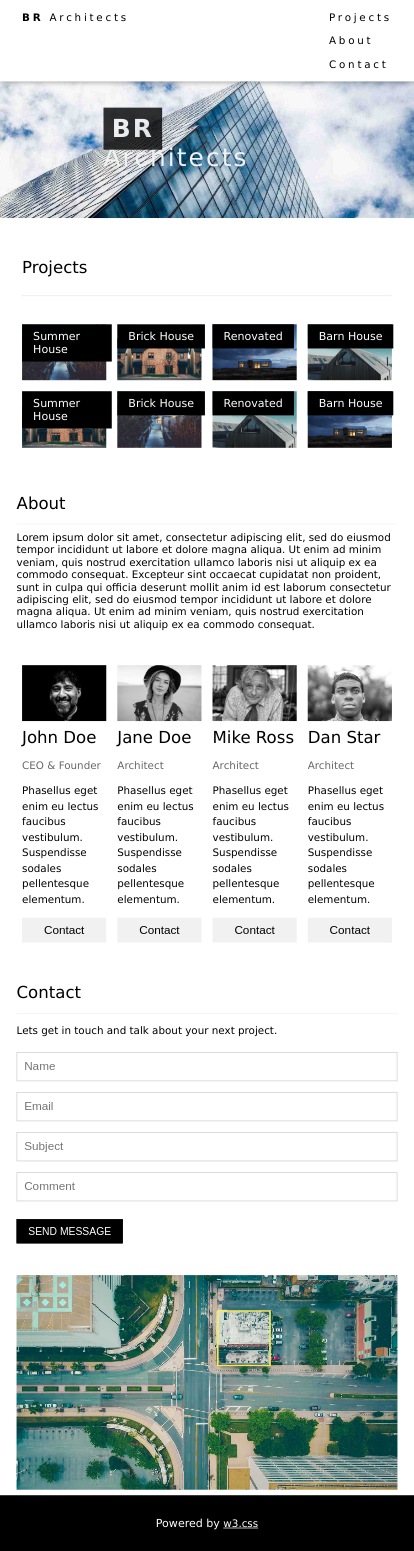
Repository: xd25vn/architects
Page: index.html
The author's editor kept a copy of each file at every save. The page is drawn from the files as they stood at one save, then again after the next save.
The browser window is 600 px wide. The pictures show the whole page, at 69% of full size.

Above is the page before, as saved 2023-08-16 17:55:37.

### index.html
<html lang="en">
<head>
    <meta charset="UTF-8">
    <meta name="viewport" content="width=device-width, initial-scale=1.0">
    <title>W3 ARCHITECT</title>
    <link rel="stylesheet" href="./assets/css/style.css">
    <link rel="stylesheet" href="./assets/css/reponsive.css">
    <link rel="stylesheet" href="./assets/fonts/themify-icons-font/themify-icons/themify-icons.css">
</head>
<body>
    <header>
            <ul id="nav">

            <div class="nav-item-left">
                <li><a href="" class="text-dec"><b>BR</b> Architects</a></li>
            </div>

            <div class="nav-item-right">
                <li><a href="" class="text-dec">Projects</a></li>
                <li><a href="" class="text-dec">About</a></li>
                <li><a href="" class="text-dec">Contact</a></li>
            </div>
            <div class="clear"></div>
            </ul>
    </header>

    <!-- BEGIN MENU MOBILE -->
    <div class="menu-mobile">
        <i class="ti-menu button-mobile"></i>
    </div>
    <!-- END MENU MOBILE -->

    <div id="sidebar">
        <h1>
            <span class="side-1"><b>BR</b></span>
            <span class="side-2">Architects</span>
        </h1>
    </div>

    <div id="content">
        <div class="projects">
            <div class="project-item-head">
                <h3>Projects</h3>
                <hr style="opacity: 0.2;">
            </div>

            <div class="projects-img">
                <div class="img-items">
                    <img src="./assets/img/projects/house1.jpg" style="width: 100%" alt="HOUSE">
                    <div class="texts">Summer House</div>
                </div>

                <div class="img-items">
                    <img src="./assets/img/projects/house2.jpg" style="width: 100%" alt="HOUSE">
                    <div class="texts">Brick House</div>
                </div>

                <div class="img-items">
                    <img src="./assets/img/projects/house3.jpg" style="width: 100%" alt="HOUSE">
                    <div class="texts">Renovated</div>
                </div>

                <div class="img-items">
                    <img src="./assets/img/projects/house4.jpg" style="width: 100%" alt="HOUSE">
                    <div class="texts">Barn House</div>
                </div>

                <div class="img-items">
                    <img src="./assets/img/projects/house2.jpg" style="width: 100%" alt="HOUSE">
                    <div class="texts">Summer House</div>
                </div>

                <div class="img-items">
                    <img src="./assets/img/projects/house1.jpg" style="width: 100%" alt="HOUSE">
                    <div class="texts">Brick House</div>
                </div>

                <div class="img-items">
                    <img src="./assets/img/projects/house4.jpg" style="width: 100%" alt="HOUSE">
                    <div class="texts">Renovated</div>
                </div>

                <div class="img-items">
                    <img src="./assets/img/projects/house3.jpg" style="width: 100%" alt="HOUSE">
                    <div class="texts">Barn House</div>
                </div>


        </div>
        </div>


        <div class="about">
            <div class="section-head">
                <h3>About</h3>
                <p>Lorem ipsum dolor sit amet, consectetur adipiscing elit, sed do eiusmod tempor incididunt ut labore et dolore magna aliqua. Ut enim ad minim veniam, quis nostrud exercitation ullamco laboris nisi ut aliquip ex ea commodo consequat. Excepteur sint occaecat cupidatat non proident, sunt in culpa qui officia deserunt mollit anim id est laborum consectetur adipiscing elit, sed do eiusmod tempor incididunt ut labore et dolore magna aliqua. Ut enim ad minim veniam, quis nostrud exercitation ullamco laboris nisi ut aliquip ex ea commodo consequat.</p>
            </div>

            <div class="section-list-contact">
            <div class="section-imgs">
                <div class="imgs-contact">
                    <img src="./assets/img/contact/team1.jpg" style="width: 100%;" alt="CONTACT">

                    <div class="text-contact">
                        <h3>John Doe</h3>
                        <p class="position-design">CEO & Founder</p>
                        <p>Phasellus eget enim eu lectus faucibus vestibulum. Suspendisse sodales pellentesque elementum.</p>
                        <button><a href="">Contact</a></button>
                    </div>
                </div>
            </div>

            <div class="section-imgs">
                <div class="imgs-contact">
                    <img src="./assets/img/contact/team2.jpg" style="width: 100%;" alt="CONTACT">

                    <div class="text-contact">
                        <h3>Jane Doe</h3>
                        <p class="position-design">Architect</p>
                        <p>Phasellus eget enim eu lectus faucibus vestibulum. Suspendisse sodales pellentesque elementum.</p>
                        <button><a href="">Contact</a></button>
                    </div>
                </div>
            </div>

            <div class="section-imgs">
                <div class="imgs-contact">
                    <img src="./assets/img/contact/team3.jpg" style="width: 100%;" alt="CONTACT">

                    <div class="text-contact">
                        <h3>Mike Ross</h3>
                        <p class="position-design">Architect</p>
                        <p>Phasellus eget enim eu lectus faucibus vestibulum. Suspendisse sodales pellentesque elementum.</p>
                        <button><a href="">Contact</a></button>
                    </div>
                </div>
            </div>

            <div class="section-imgs">
                <div class="imgs-contact">
                    <img src="./assets/img/contact/team4.jpg" style="width: 100%;" alt="CONTACT">

                    <div class="text-contact">
                        <h3>Dan Star</h3>
                        <p class="position-design">Architect</p>
                        <p>Phasellus eget enim eu lectus faucibus vestibulum. Suspendisse sodales pellentesque elementum.</p>
                        <button><a href="">Contact</a></button>
                    </div>
                </div>
            </div>
        </div>
        </div>

        <div class="contact">
            <div class="text-head">
                <h3>Contact</h3>
                <p>Lets get in touch and talk about your next project.</p>
            </div>
            <form action="">
            <div class="input-form">
                <input type="text" class="form-control" placeholder="Name" required>

                <input type="email" class="form-control" placeholder="Email" required>

                <input type="text" class="form-control" placeholder="Subject" required>

                <input type="text" class="form-control" placeholder="Comment" required>
            </div>
            <input type="submit" class="btn-submit" value="SEND MESSAGE">
        </form>

        <div class="img-cuoi">
            <img src="./assets/img/map.jpg" alt="MAP" style="width: 100%;">
        </div>
        </div>
        <footer>
            <div class="text-foot">
                <p>Powered by <a href="">w3.css</a></p>
            </div>
        </footer>
    </div>
</body>
</html>

### assets/css/style.css
/* RESET CSS */
* {
    margin: 0;
    padding: 0;
    box-sizing: border-box;
}
/* END RESET CSS */

/* COMMON */
html {
    font-family: Verdana, sans-serif;
}

.text-dec {
    text-decoration: none;
    color: #000;
}

.clear {
    clear: both;
}
/* END COMMON */

#nav {
    background: #fff;
    box-shadow: 0 0 10px rgba(0, 0, 0, 0.6);
    padding: 8px 16px;
    width: 100%;
    position: fixed;
    z-index: 1;
}

#nav li {
    display: flex;
    list-style: none;
    font-size: 15px;
}

#nav .nav-item-left {
    float: left;
}

#nav .nav-item-left li {
    padding: 8px 16px;
    letter-spacing: 4px;
}

#nav .nav-item-left li:hover {
    background: #ccc;
    display: block;
}

#nav .nav-item-right {
    float: right;
    display: flex;
    justify-content: space-between;
    letter-spacing: 4px;
}

#nav .nav-item-right li {
    padding: 8px 16px;
}

#nav .nav-item-right li:hover {
    background: #ccc;
    display: block;
}

#sidebar {
    background: url(/assets/img/sidebar1.jpg) left top / cover no-repeat;
    padding-top: 50%;
    position: relative;
}

#sidebar h1 {
    position: absolute;
    color: #f1f1f1;
    left: 50%;
    top: 50%;
    transform: translateX(-50%);
    font-weight: 500;
    font-size: 36px;
}

#sidebar .side-1 {
    background: #000;
    padding: 10px 12px;
    opacity: 0.8;
    letter-spacing: 3px;
}

#sidebar .side-2 {
    letter-spacing: 3px;
}

#content .projects {
    padding: 0 24px;
}

#content .project-item-head {
    padding: 32px 8px;
}

#content .project-item-head h3 {
   padding: 16px 0;
   margin: 10px 0;
   font-weight: 400;
   font-size: 24px;
}

.projects-img {
    display: flex;
    flex-wrap: wrap;
    justify-content: space-between;
}

.img-items {
    width: calc(100% / 4);
    height: auto;
    padding: 8px 8px;
    position: relative;
}

.projects .projects-img .texts {
    position: absolute;
    top: 8;
    left: 8;
    background: #000;
    color: #fff;
    padding: 8px 16px;
}

.about .section-head {
    padding: 32px 24px;
    padding-bottom: 50px;
}

.about .section-head h3 {
    font-size: 24px;
    font-weight: 400;
    border-bottom: 1px solid #f1f1f1;
    padding: 16px 0;
    margin: 10px 0;
}

.about .section-head p {
    font-size: 15px;
    font-weight: normal;
}

.about .section-list-contact .section-imgs {
    width: 25%;
    padding: 0 8px;
}

.about .section-list-contact {
    display: flex;
    padding: 0 24px;
}

.section-list-contact .section-imgs .imgs-contact img {
    -webkit-filter: grayscale(1);
    filter: grayscale(1);
}

.section-list-contact .section-imgs:hover img {
    -webkit-filter: grayscale(0);
    filter: grayscale(0);
    transition: all 0.25s linear;
}

.section-list-contact .section-imgs .text-contact h3 {
    font-weight: 400;
    font-size: 24px;
    margin: 10px 0;
}

.section-list-contact .section-imgs .text-contact .position-design {
    opacity: 0.6;
}

.section-list-contact .section-imgs .text-contact p {
    margin: 15px 0;
    font-size: 15px;
    line-height: 1.5;
}

.section-list-contact .section-imgs button {
    padding: 8px 16px;
    width: 100%;
    border: none;
    background: #f1f1f1;
    font-size: 17px;
}

.section-list-contact .section-imgs button:hover {
    background: #ccc;
    cursor: pointer;
}

.section-list-contact .section-imgs button a {
    color: #000;
    text-decoration: none;
    text-align: center;
}

#content .contact {
    padding: 32px 24px;
}

.contact .text-head h3 {
    border-bottom: 1px solid #f1f1f1;
    padding: 16px 0;
    margin: 10px 0;
    font-size: 24px;
    font-weight: 400;
}

.contact .text-head p {
    margin: 15px 0;
    font-size: 15px;
}

.contact .input-form .form-control {
    width: 100%;
    padding: 10px;
    border: 1px solid #ccc;
    outline: none;
    margin: 8px 0;
    font-size: 17px;
}

.contact form .btn-submit {
    background: #000;
    color: white;
    font-size: 15px;
    margin: 18px 0;
    padding: 8px 16px;
    border: 1px solid #000;
}

.contact form .btn-submit:hover {
    cursor: pointer;
    background-color: #ccc;
    color: #000;
    border: 1px solid #ccc;
    transition: all 0.25s linear;
}

.contact .img-cuoi {
    margin-top: 28px;
}

.contact .img-cuoi img {
    background-repeat: no-repeat;
    height: auto;
}

footer {
    background: #000;
    width: 100%;
    padding: 16px 0;
    margin-top: -24px;
}

footer .text-foot {
    margin: 15px 0;
    text-align: center;
    color: white;
}

footer .text-foot a {
    color: #fff;
    font-size: 15px;
}

footer .text-foot a:hover {
    color: green;
}

### assets/css/reponsive.css
@media (min-width: 1024px) {

}

@media (min-width: 740px) and (max-width: 1023px) {

}

@media (max-width: 739px) {
    #nav .nav-item-right {
        display: block;
    }
}

Loaded but not shown: assets/fonts/themify-icons-font/themify-icons/themify-icons.css (common file)

After the next save:
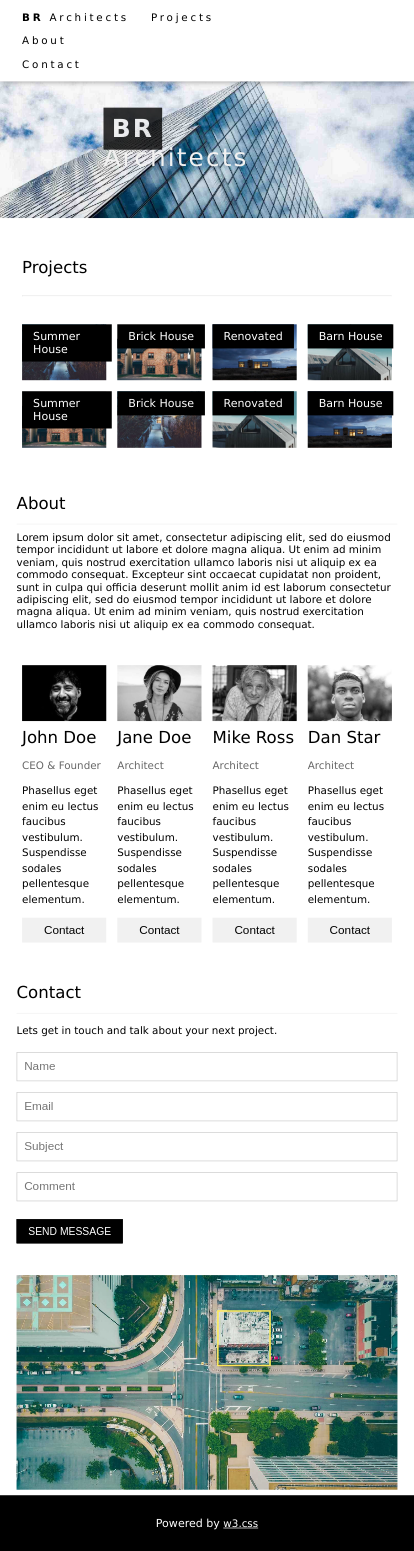
Saved 19 s later.
--- a/assets/css/reponsive.css
+++ b/assets/css/reponsive.css
@@ -9,5 +9,6 @@
 @media (max-width: 739px) {
     #nav .nav-item-right {
         display: block;
+        float: none;
     }
 }
